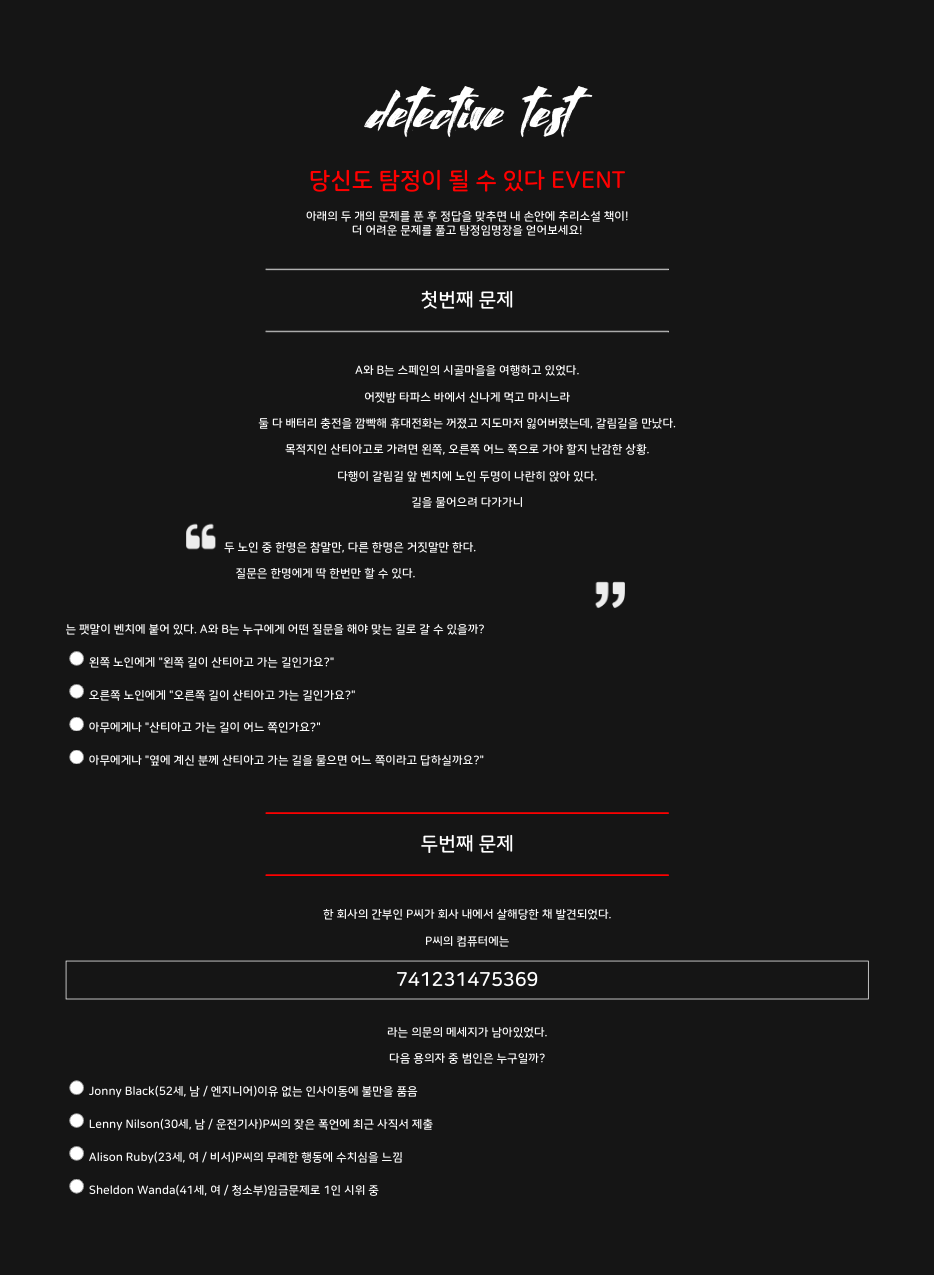
Repository: minkyung0421/Event_Project
Page: http://localhost/Event/quiz.jsp
The author's editor kept a copy of each file at every save. The page is drawn from the files as they stood at one save, then again after the next save.
The browser window is 1280 px wide. The pictures show the whole page, at 73% of full size.
The page is served by Tomcat 9.

Above is the page before, as saved 2018-09-04 07:29:26.

After the next save:
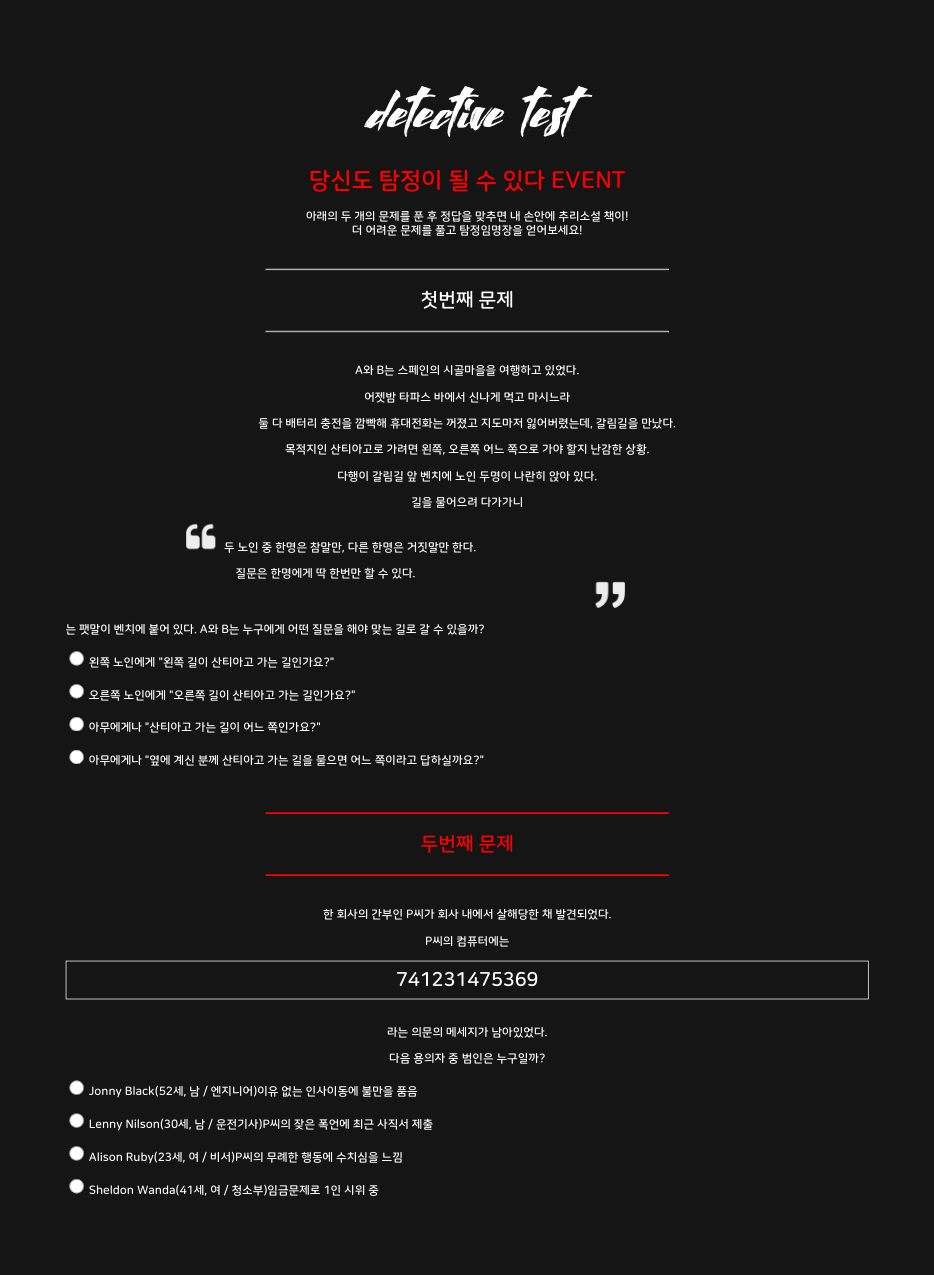
Saved 16 s later.
--- a/Event_Project/Event/WebContent/quiz.jsp
+++ b/Event_Project/Event/WebContent/quiz.jsp
@@ -62,7 +62,7 @@
 <br><br>
 <hr color="red" style = "width: 50%; ">
 <br>
-<div style = "font-size: 20pt;">두번째 문제</div>
+<div style = "font-size: 20pt; color: red">두번째 문제</div>
 <br>
 <hr color="red" style = "width: 50%;">
 <br>

After the save that followed:
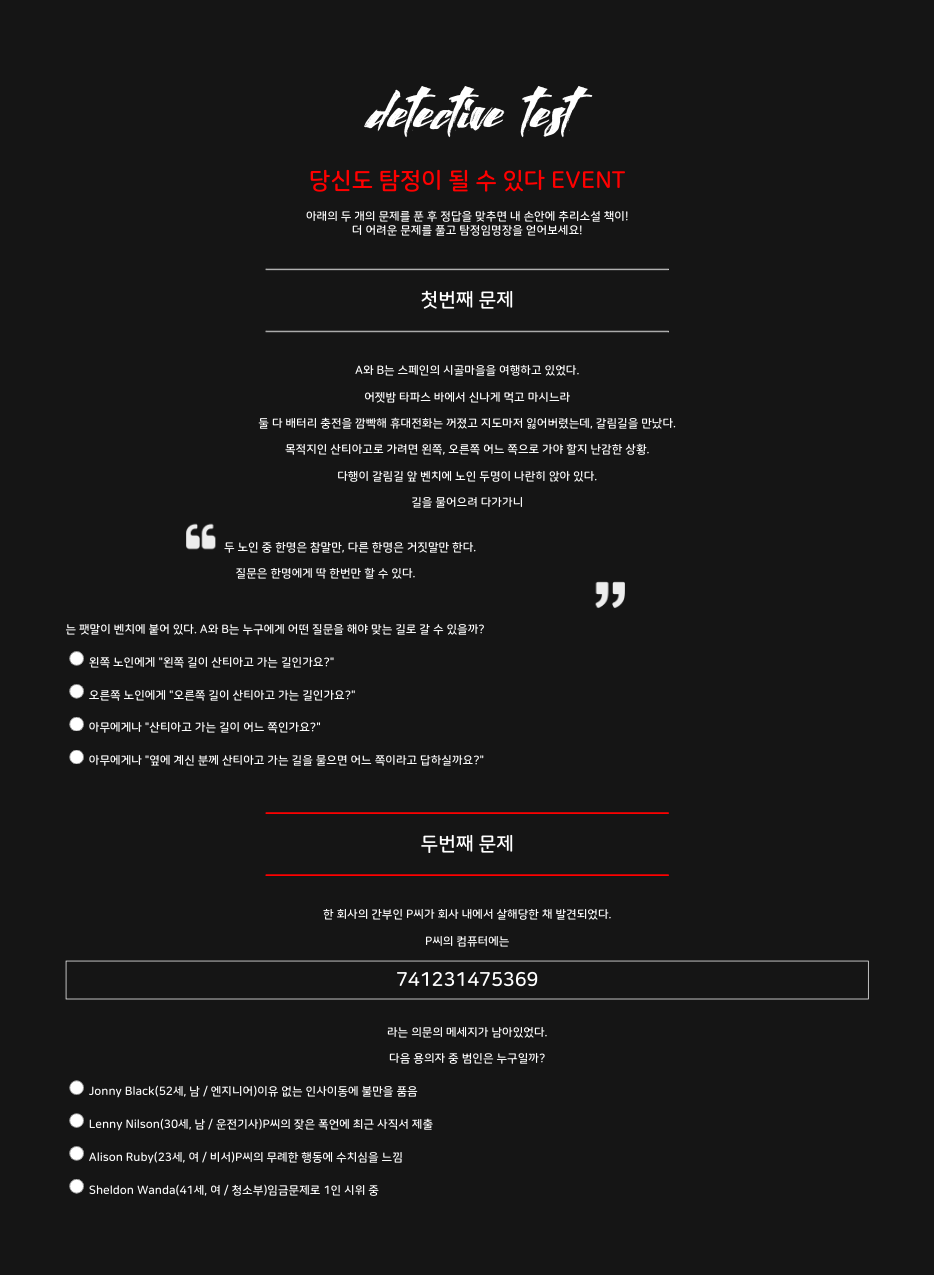
Saved 33 s later.
--- a/Event_Project/Event/WebContent/quiz.jsp
+++ b/Event_Project/Event/WebContent/quiz.jsp
@@ -62,7 +62,7 @@
 <br><br>
 <hr color="red" style = "width: 50%; ">
 <br>
-<div style = "font-size: 20pt; color: red">두번째 문제</div>
+<div style = "font-size: 20pt;">두번째 문제</div>
 <br>
 <hr color="red" style = "width: 50%;">
 <br>
